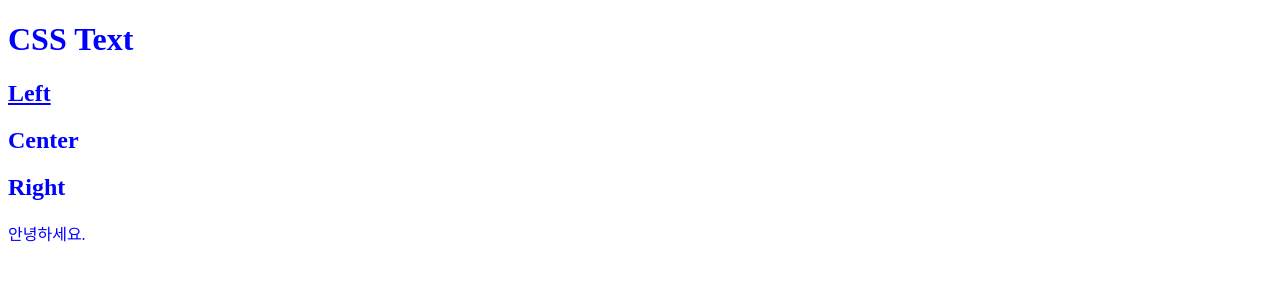
Repository: XenosJM/WEB_CODES
Page: Web02_CSS/src/main/webapp/07_text.html
The author's editor kept a copy of each file at every save. The page is drawn from the files as they stood at one save, then again after the next save.
The browser window is 1280 px wide. The pictures show the whole page.

Above is the page before, as saved 2024-03-20 00:18:43.

### Web02_CSS/src/main/webapp/07_text.html
<!DOCTYPE html>
<html>
<head>
<meta charset="UTF-8">
<style type="text/css">
body {
	/* 텍스트 색상 */
	color : blue;
}
/* 텍스트 정렬 */
.cls-left {
	text-align : left;
	text-decoration : underline;
}

</style>
<title>CSS Text</title>
</head>
<body>
	<h1>CSS Text</h1>
	<h2 class="cls-left">Left</h2>
	<h2 class="cls-center">Center</h2>
	<h2 class="cls-right">Right</h2>
	<p>
	안녕하세요.
	</p>

</body>
</html>

After the next save:
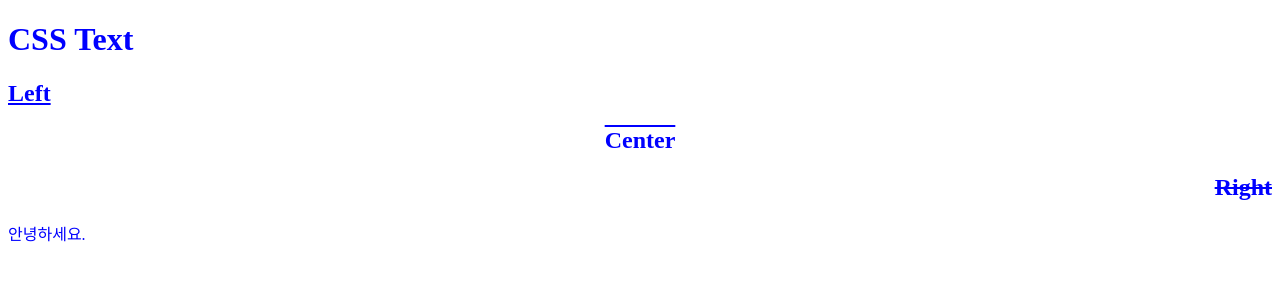
Saved 93 s later.
--- a/Web02_CSS/src/main/webapp/07_text.html
+++ b/Web02_CSS/src/main/webapp/07_text.html
@@ -11,6 +11,14 @@ body {
 .cls-left {
 	text-align : left;
 	text-decoration : underline;
+}
+.cls-center {
+	text-align : center;
+	text-decoration : overline;
+}
+.cls-right {
+	text-align : right;
+	text-decoration : line-through;
 }
 
 </style>
